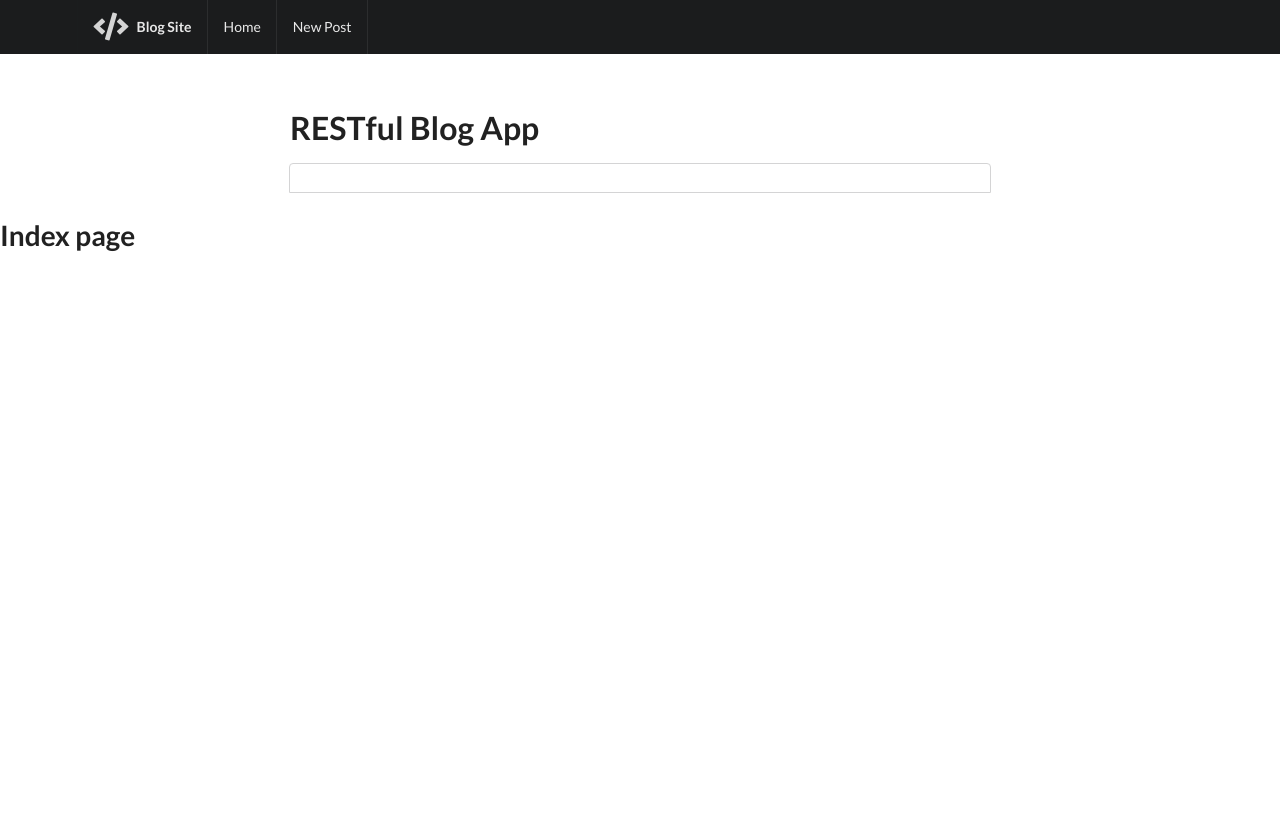
Repository: samanthi22/galvanize-6month-program
Page: http://localhost/blogs
The author's editor kept a record of every edit. The page is drawn from the files as they stood at one moment, then again after the next edit.
The browser window is 1280 px wide. The pictures show the whole page.
Some web libraries are served in a nearby version. The page is served by the project's Node server (RESTful-routing/blog/app.js). Queries for data that is not in the repository find no rows.

Above is the page before.

After the next edit:
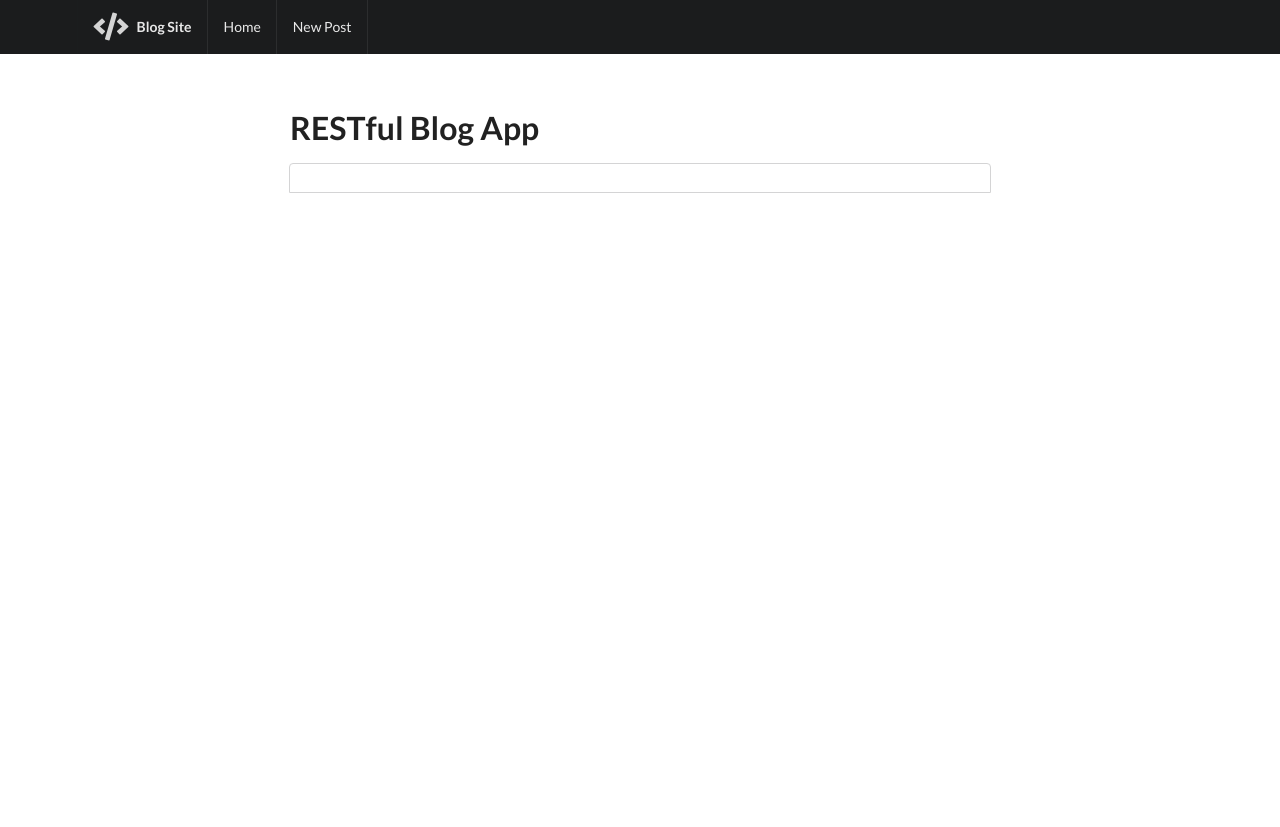
The edit:
--- a/RESTful-routing/blog/views/index.ejs
+++ b/RESTful-routing/blog/views/index.ejs
@@ -32,6 +32,5 @@
         </div>
     </div>
 </div>
-<h1>Index page</h1>
 
 <% include ./partials/footer %>
